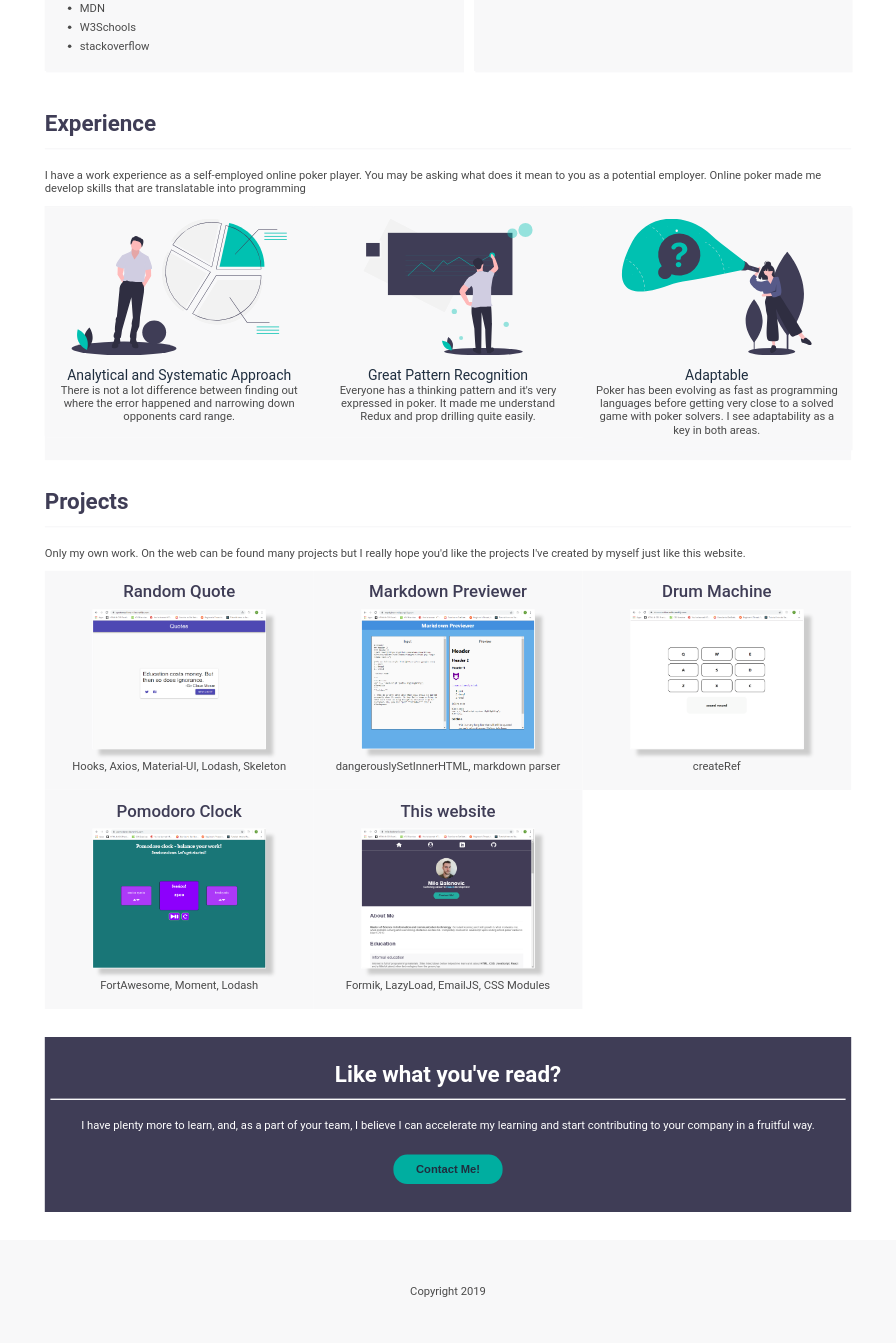
Repository: milac0/my-website
Page: /
An editor plug-in stored every save of this project. The page is shown before and after the next save, followed by the edit.
The browser window is 1280 px wide. The pictures show the part of the page from y = 929 to 2849 px (the page is 2847 px tall before and 2849 px after), at 70% of full size.
The project was rebuilt for these pictures with package versions that can differ from the ones it lists, and the page was loaded fresh each time. Also part of the build but not shown: src/components/formContact.module.css, src/components/FormContact.js, src/pages/contact.module.css, src/pages/Contact.js. Imported but missing from the stored project, and not drawn on this page: src/resume.pdf.

Above is the page before, as saved 2019-10-29 20:34:21.

After the next save:
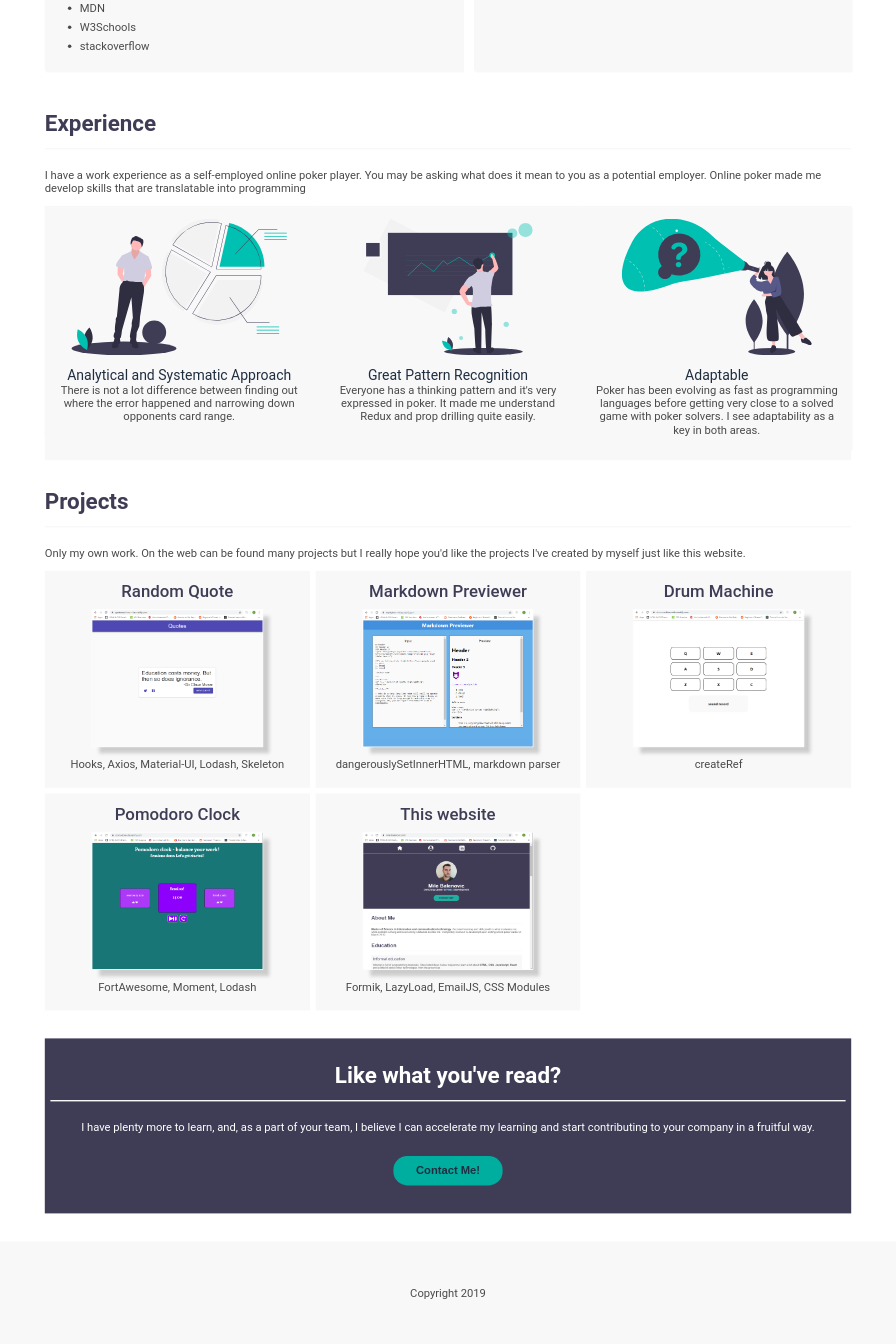
Saved 111 s later.
--- a/src/index.css
+++ b/src/index.css
@@ -330,6 +330,7 @@ footer {
   .projects {
     display: grid;
     grid-template-columns: repeat(2, 1fr);
+    grid-gap: 0.5em;
    }
    .projects article {
     margin: 0;
